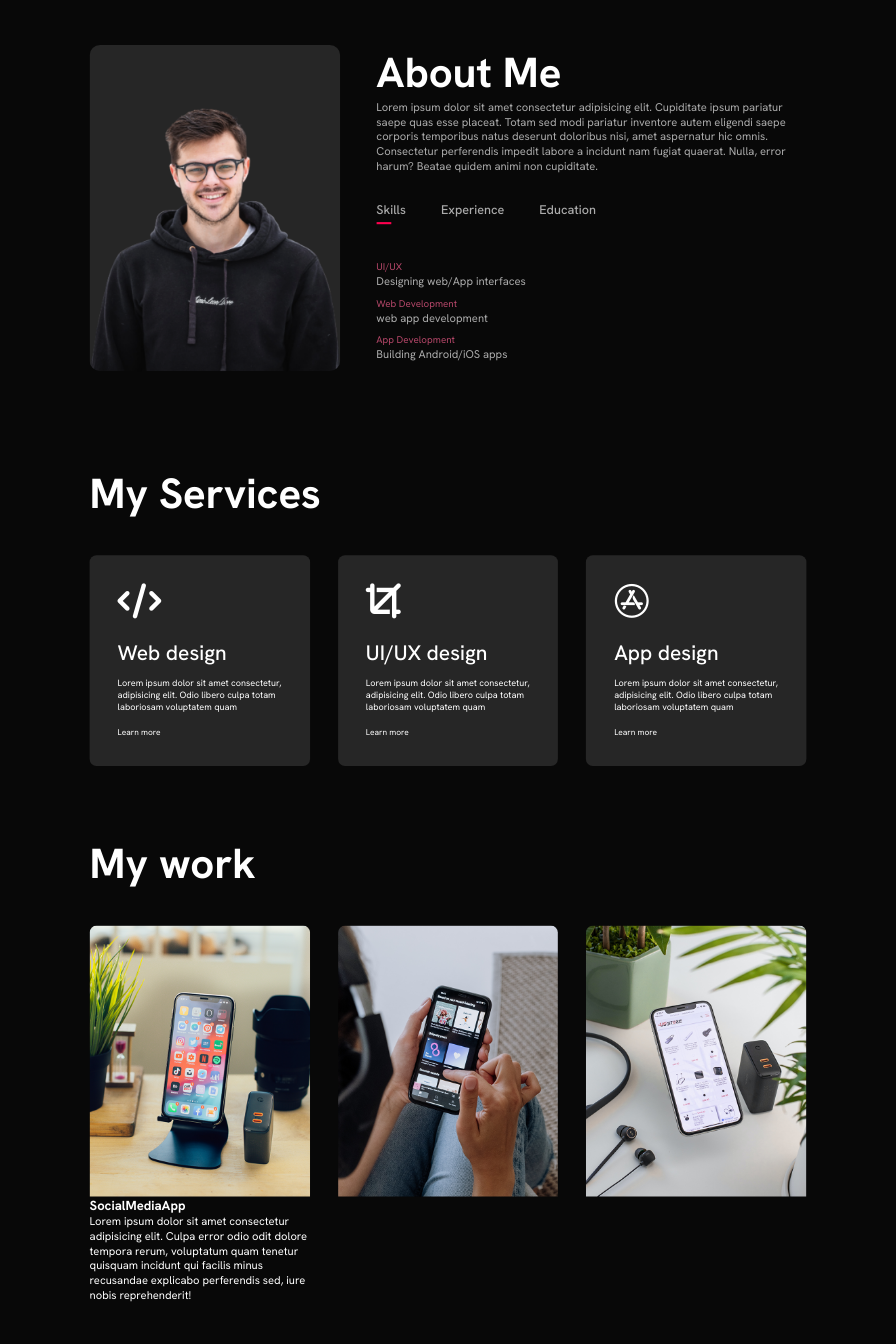
Repository: devsajid/Portfolio-website-with-HTML-CSS-JS
Page: index.html
An editor plug-in stored every save of this project. The page is shown before and after the next save, followed by the edit.
The browser window is 1280 px wide. The pictures show the part of the page from y = 746 to 2666 px (the page is 2666 px tall before and 2603 px after), at 70% of full size.

Above is the page before, as saved 2022-12-26 09:09:42.

After the next save:
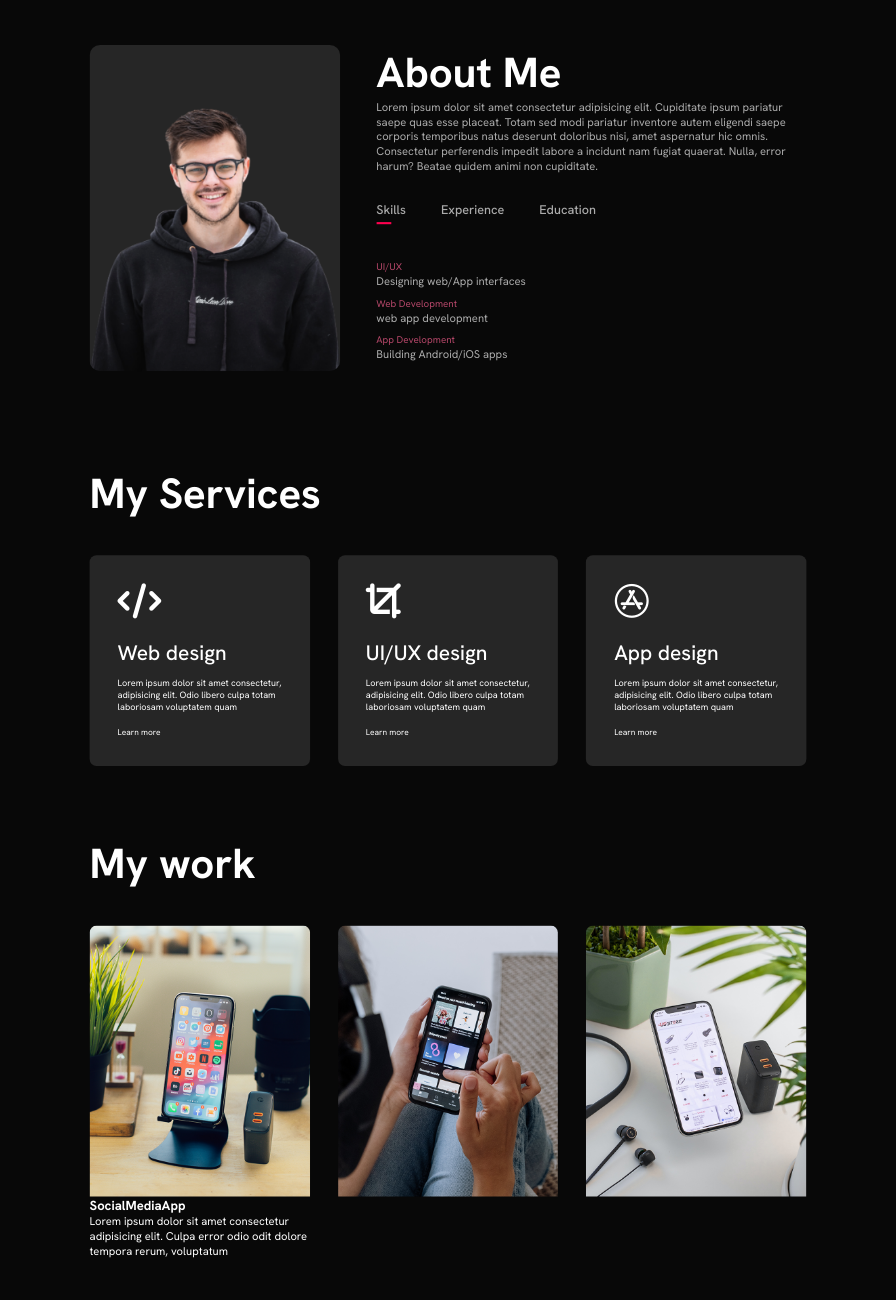
Saved 7 s later.
--- a/index.html
+++ b/index.html
@@ -156,9 +156,7 @@
               <h3>SocialMediaApp</h3>
               <p>
                 Lorem ipsum dolor sit amet consectetur adipisicing elit. Culpa
-                error odio odit dolore tempora rerum, voluptatum quam tenetur
-                quisquam incidunt qui facilis minus recusandae explicabo
-                perferendis sed, iure nobis reprehenderit!
+                error odio odit dolore tempora rerum, voluptatum
               </p>
             </div>
           </div>
